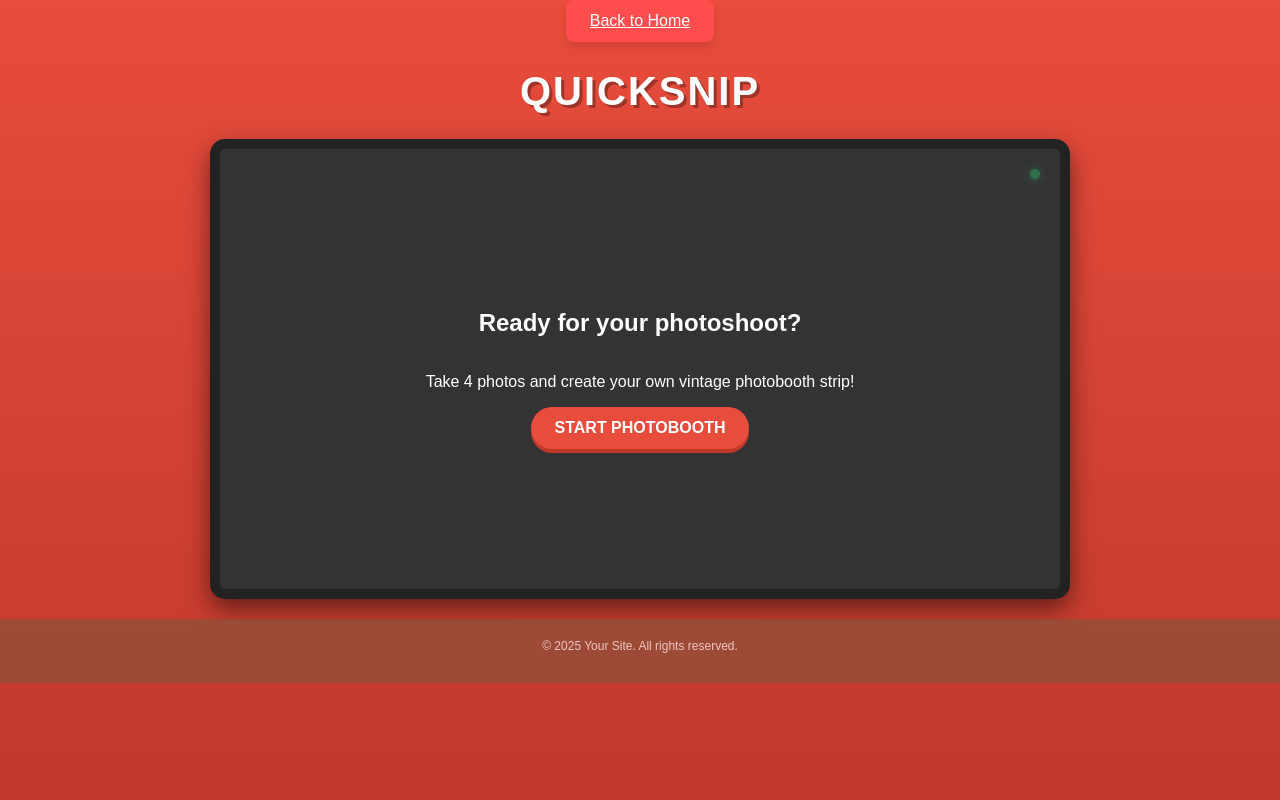
Repository: Strawb3rryjam/QuickSnip
Page: photobooth.html
An editor plug-in stored every save of this project. The page is shown before and after the next save, followed by the edit.
The browser window is 1280 px wide. The pictures show the whole page.
Some web fonts or font styles are not loaded; a fallback is used.

Above is the page before, as saved 2025-05-08 16:39:45.

After the next save:
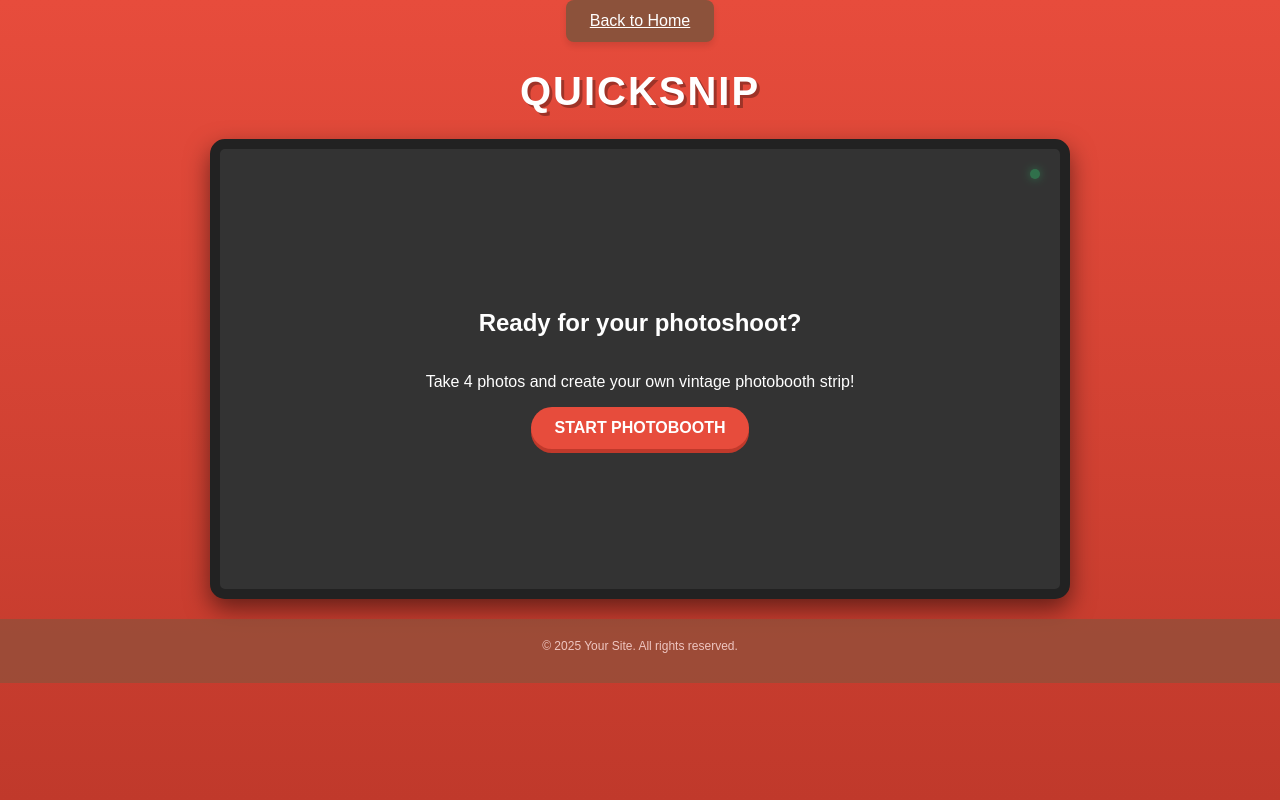
Saved 18 h 25 min later.
--- a/styles.css
+++ b/styles.css
@@ -64,7 +64,7 @@ h1 {
 
 
 #home {
-  background-color: #ff4d4d;
+  background-color: #8C523B;
   color: white;
   border: none;
   padding: 12px 24px;
